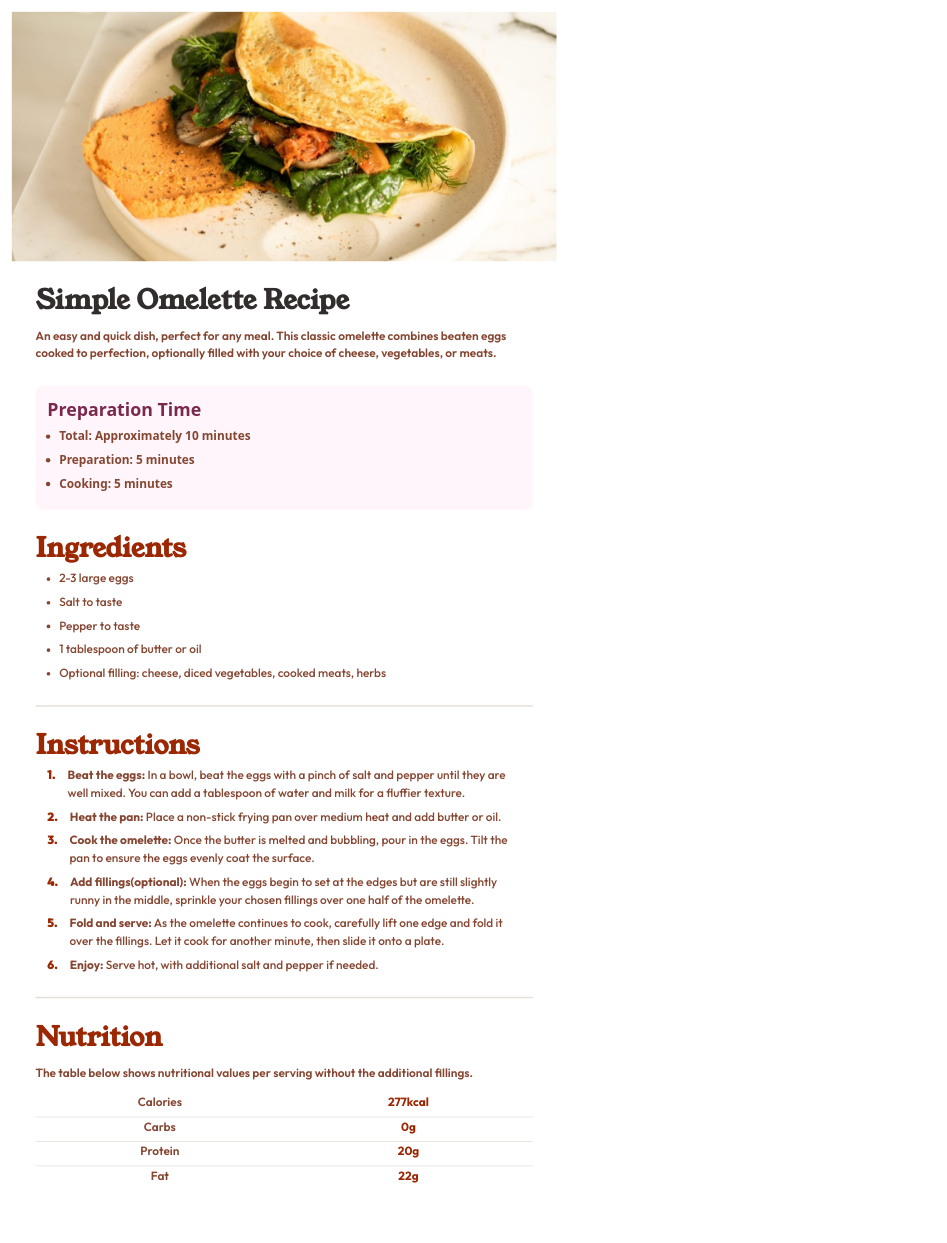
Repository: nivrii/recipe-page-main
Page: /
The author's editor kept a copy of each file at every save. The page is drawn from the files as they stood at one save, then again after the next save.
The browser window is 1280 px wide. The pictures show the whole page, at 74% of full size.
The project was rebuilt for these pictures with package versions that can differ from the ones it lists, and the page was loaded fresh each time. Also part of the build but not shown: vite.config.js, src/index.css.

Above is the page before, as saved 2024-03-23 22:27:31.

After the next save:
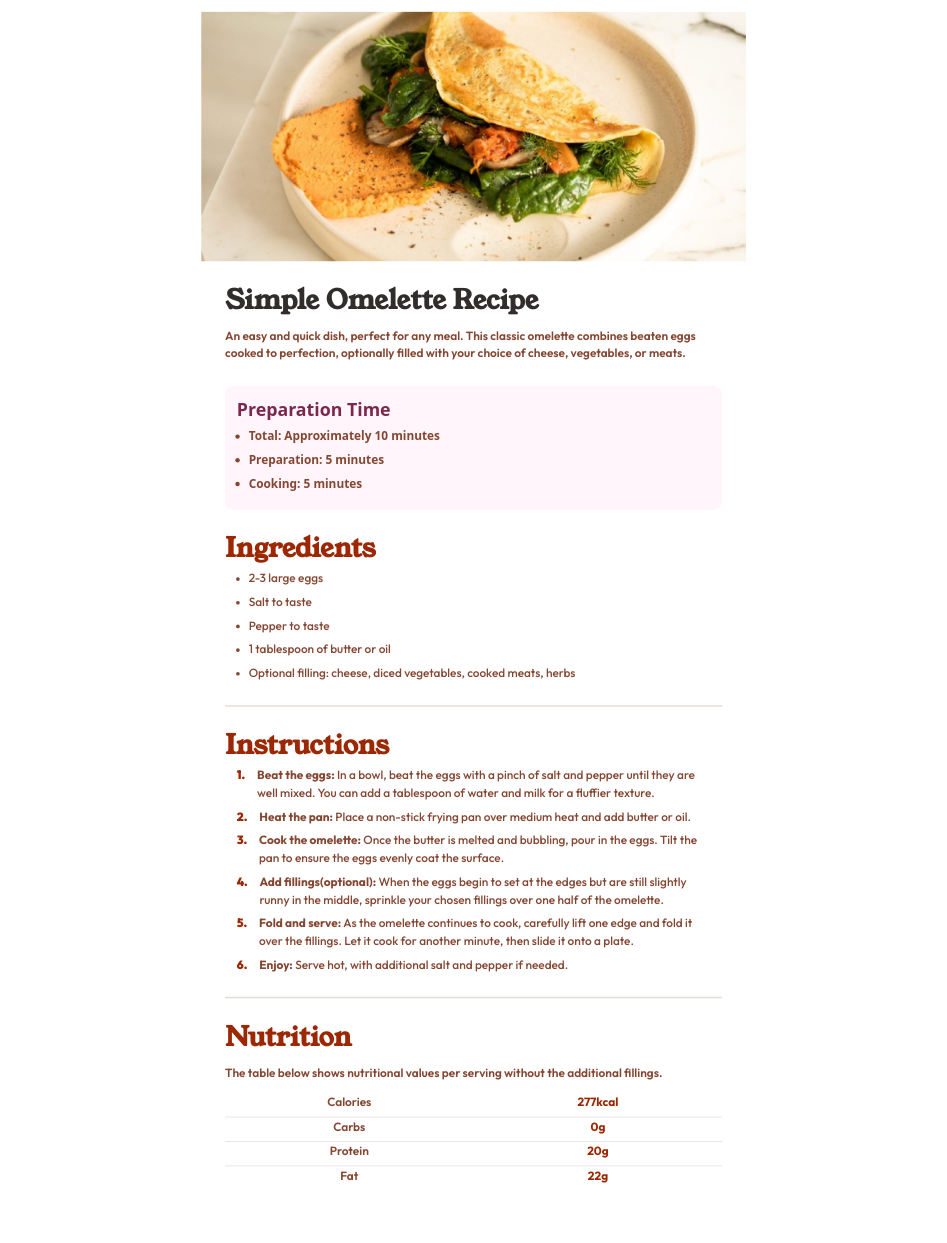
Saved 20 s later.
--- a/src/App.jsx
+++ b/src/App.jsx
@@ -9,7 +9,7 @@ import omelette from "./assets/images/image-omelette.jpeg";
 
 function App() {
   return (
-    <div className="container flex flex-col md:w-[80vw] md:p-4 md:bg-white w-screen min-h-max">
+    <div className="container flex flex-col md:m-auto md:w-[80vw] md:p-4 md:bg-white w-screen min-h-max">
       <Image omelette={omelette} />
       <Header />
       <Prep />
